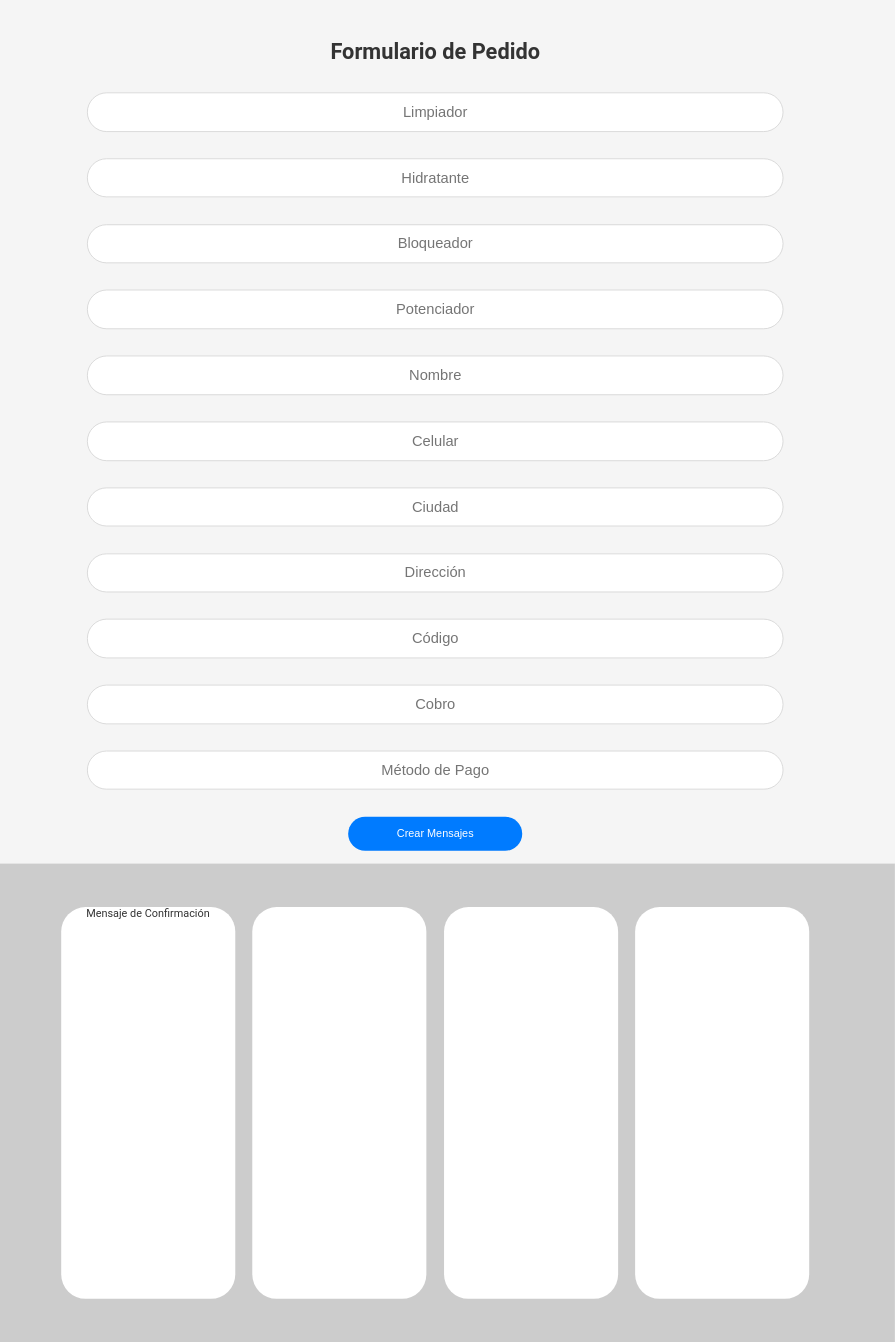
Repository: aCoupon0/intranet
Page: 1/venta-1.html
The author's editor kept a copy of each file at every save. The page is drawn from the files as they stood at one save, then again after the next save.
The browser window is 1280 px wide. The page is 1316 px wide, so the pictures cover 1316 px, including what lies to the right of the window. The pictures show the whole page, at 68% of full size.

Above is the page before, as saved 2024-12-09 12:36:36.

### 1/venta-1.html
<!DOCTYPE html>
<html lang="es">

<head>
    <meta charset="UTF-8">
    <meta name="viewport" content="width=device-width, initial-scale=1.0">
    <title>Intranet DermaBox</title>
    <link rel="stylesheet" href="../css/venta.css">
</head>

<body>
    <h1>Formulario de Pedido</h1>

    <!-- Inputs para los productos -->
    <input type="text" id="input-limpiador" class="input-texto" placeholder="Limpiador">
    <input type="text" id="input-hidratante" class="input-texto" placeholder="Hidratante">
    <input type="text" id="input-bloqueador" class="input-texto" placeholder="Bloqueador">
    <input type="text" id="input-potenciador" class="input-texto" placeholder="Potenciador">

    <!-- Inputs para los datos del cliente -->
    <input type="text" id="input-nombre" class="input-texto" placeholder="Nombre">
    <input type="text" id="input-celular" class="input-texto" placeholder="Celular">
    <input type="text" id="input-ciudad" class="input-texto" placeholder="Ciudad">
    <input type="text" id="input-direccion" class="input-texto" placeholder="Dirección">

    <!-- Inputs para código, cobro y método -->
    <input type="text" id="input-codigo" class="input-texto" placeholder="Código">
    <input type="text" id="input-cobro" class="input-texto" placeholder="Cobro">
    <input type="text" id="input-metodo" class="input-texto" placeholder="Método de Pago">

    <!-- Botón para enviar -->
    <button id="boton-enviar" class="boton-enviar">Crear Mensajes</button>

    <div class="primera-fase">
        <div class="section-dual">
            <div class="section-dual-title">Mensaje de Confirmación</div>
        </div>
        <div class="section-dual"></div>
        <div class="section-dual"></div>
        <div class="section-dual"></div>
    </div>

    <script src="../js/ventas-shared.js"></script>
</body>

</html>

### css/venta.css
body {
    font-family: 'Roboto', system-ui, -apple-system, BlinkMacSystemFont, 'Segoe UI', sans-serif;
    margin: 0;
    padding: 0;
    display: flex;
    justify-content: center;
    align-items: center;
    height: auto;
    flex-direction: column;
    background-color: #f5f5f5;
    color: #333;
    gap: 1.5vw;
    padding-top: 5vh;
}

input {
    width: 80vw; /* Ocupa el 80% del ancho del contenedor */
    height: 8vh; /* Altura dinámica según el viewport */
    padding: 10px;
    font-size: 3vh;
    border: 1px solid #ccc;
    border-radius: 5vw;
    margin-bottom: 20px; /* Separación del botón */
    box-sizing: border-box;
    text-align: center;
}

.boton-enviar {
    width: 20%; /* Mismo ancho que el input */
    padding: 10px;
    height: 7vh; /* Misma altura que el input */
    font-size: 1rem;
    background-color: #007BFF;
    color: white;
    border: none;
    border-radius: 5vw;
    cursor: pointer;
    transition: background-color 0.3s;
    text-align: center;
}

.boton-enviar:hover {
    background-color: #0056b3;
}


.primera-fase {
    width: 100%;
    height: auto;
    padding: 5% 5vh 5% 5vh;
    display: flex;
    justify-content: center;
    align-content: center;
    background-color: #ccc;
    flex-direction: row;
    gap: 2%;
}

.section-dual {
    width: 20%;
    height: 80vh;
    border-radius: 5vh;
    display: flex;
    flex-direction: column;
    background-color: #ffffff;
    justify-content: flex-start;
    align-items: center;
}

Loaded but not shown: js/ventas-shared.js (empty)

After the next save:
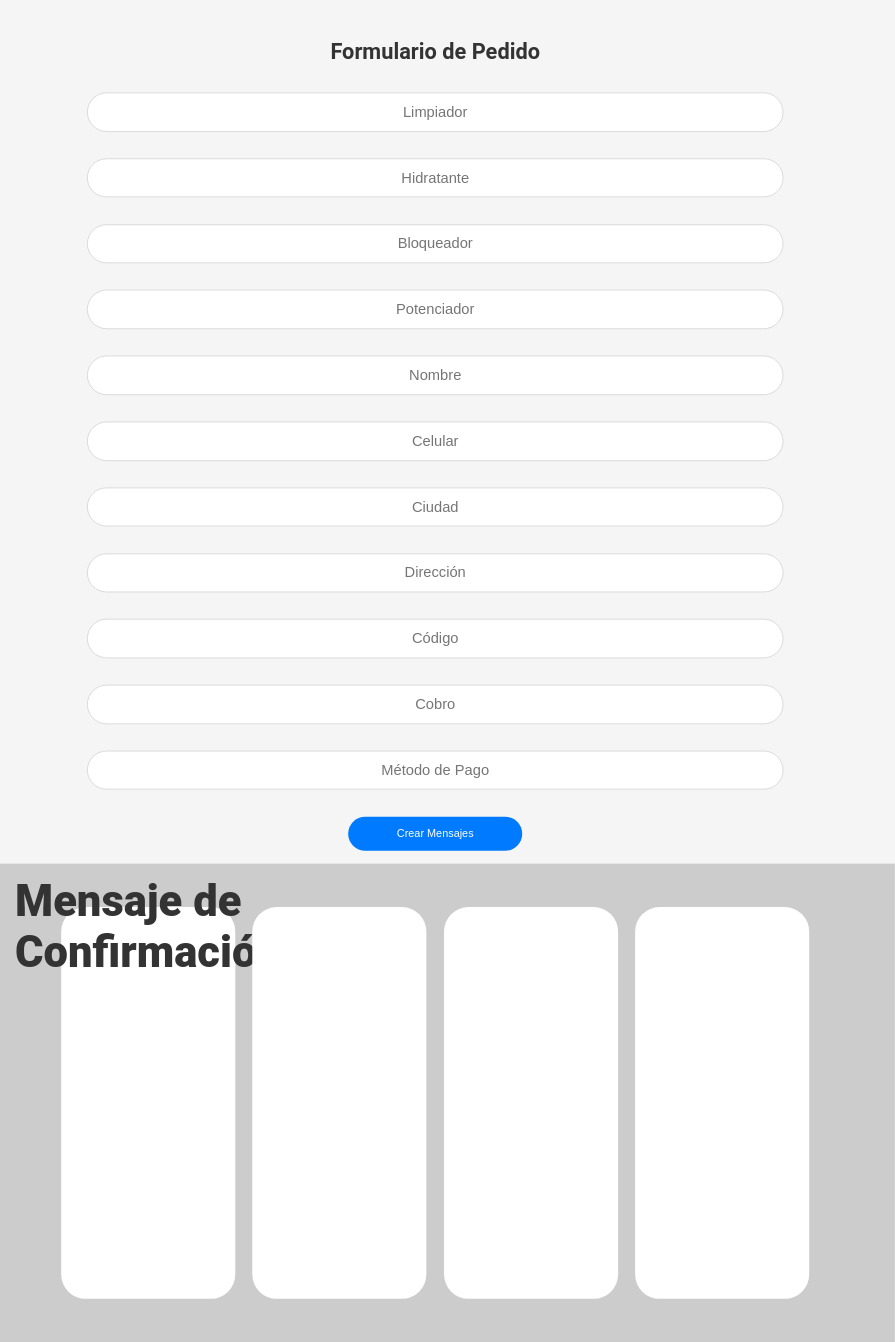
Saved 54 s later.
--- a/css/venta.css
+++ b/css/venta.css
@@ -66,3 +66,13 @@ input {
     justify-content: flex-start;
     align-items: center;
 }
+
+.section-dual-title {
+    width: 100%;
+    height: 10%;
+    display: flex;
+    justify-content: center;
+    align-items: center;
+    font-size: 5vw;
+    font-weight: 800;
+}
